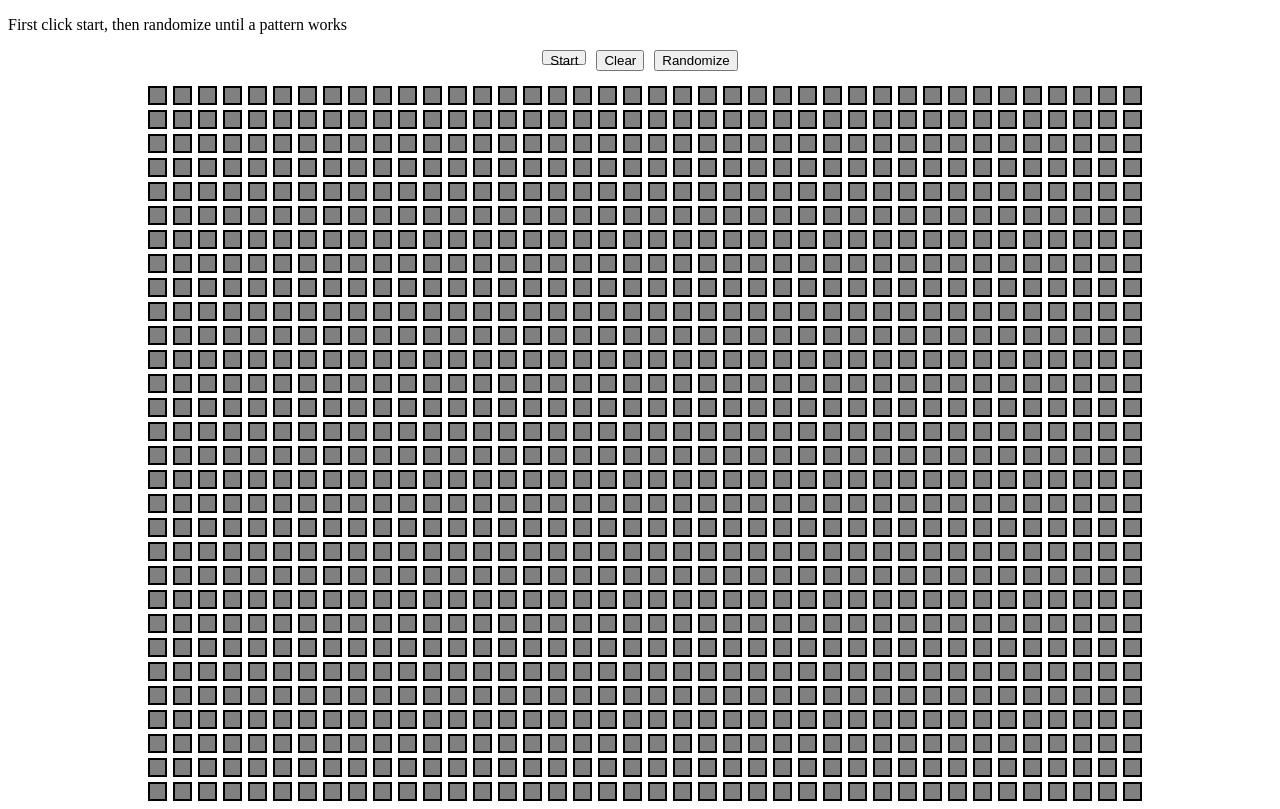
Repository: avanbussum/cellular-automata
Page: /
These files come from the project's save history. The page is drawn as it stood at one moment and after the next save; the edit follows.
The browser window is 1280 px wide. The pictures show the whole page.
The project was rebuilt for these pictures with package versions that can differ from the ones it lists, and the page was loaded fresh each time.

Above is the page before, as saved 2023-04-29 01:44:03.

### src/App.js
import React, { useState, useCallback, useRef } from 'react'
import Produce from 'immer';

const numRows = 30;
const numCols = 40;

let rps = false;

// const cell = {alive: 0, type: 0, color: ''};
//const deadcell = {dead: 0, type: 0, color: ''};


const neighborCoordinates = [
  [0, 1],
  [0, -1],
  [1, 1],
  [1, -1],
  [-1, 0],
  [-1, 1],
  [-1, -1],
  [1, 0]
]

const resetGrid = () => {
  const rows = [];
  for (let i = 0; i < numRows; i++) {
    rows.push(Array.from(Array(numCols), () => { const cell = { alive: 0, type: '', color: 'purple' }; return (cell) }
    ))
  }
  console.log(rows.join(rows.type))
  return rows;
}

export const App = () => {
  const [grid, setGrid] = useState(() => {
    return resetGrid()
  });

  const [running, setRunning] = useState(false)

  const runningRef = useRef(running);
  runningRef.current = running

  const runSimulation = useCallback(() => {
    if (!runningRef.current) {
      return;
    }
    setGrid((grid) => {
      return Produce(grid, gridCopy => {
        for (let x = 0; x < numRows; x++) {
          for (let y = 0; y < numCols; y++) {
            let neighbors = 0;
            neighborCoordinates.forEach(([a, b]) => {
              const newX = x + a;
              const newY = y + b;

              if (newX >= 0 && newX < numRows && newY >= 0 && newY < numCols) {
                neighbors += grid[newX][newY].alive
              }
            })

            // "game of life - rules"

            // if (neighbors < 2 || neighbors > 3) {
            //   gridCopy[x][y].alive = 0;
            // } else if (grid[x][y].alive === 0 && neighbors === 3) {
            //   gridCopy[x][y].alive = 1;
            // }

            //"seeds"

            // if (grid[x][y].alive === 1 && neighbors === 2) {
            //   gridCopy[x][y].alive = 1;
            // } else if (grid[x][y].alive === 0 && neighbors === 2) {
            //   gridCopy[x][y].alive = 1;
            // } else {
            //   gridCopy[x][y].alive = 0;
            // }

            // "RPS"
            rps = true
            let r = 0;
            let p = 0;
            let s = 0;
            console.log(s)

            neighborCoordinates.forEach(([a, b]) => {
              const newX = x + a;
              const newY = y + b;

              if (newX >= 0 && newX < numRows && newY >= 0 && newY < numCols) {
                if (grid[newX][newY].type === 'scissors') s++;
                if (grid[newX][newY].type === 'rock') r++;
                if (grid[newX][newY].type === 'paper') p++;
              }
            })

            let cur = grid[x][y];
            if (cur.alive) {
              switch (cur.type) {
                case 'rock':
                  if (p>2) {
                    gridCopy[x][y].type = 'paper';
                    gridCopy[x][y].color = 'green';
                  }
                break;

                case 'paper':

                  if (s>2) {
                    gridCopy[x][y].type = 'scissors';
                    gridCopy[x][y].color = 'red';
                  }
                break;

                case 'scissors':
                  if (r>2) {
                    gridCopy[x][y].type = 'rock';
                    gridCopy[x][y].color = 'blue';
                  }
                break;
              }
            }



          }
        }
      });
    });


    setTimeout(runSimulation, 0.1);
  }, []);




  return (
    <>
    <p>First click start, then randomize until a pattern works</p>
    <div style={{
          display: 'flex',
          justifyContent: 'center',
          marginTop: '15px',
          gap:'10px'
        }}>
          <button
          style={{
          height: '15px',
        }}
        onClick={() => {
          setRunning(!running);
          if (!running) {
            runningRef.current = true;
            runSimulation();
          }
        }}
      >
        {running ? 'Stop' : 'Start'}
      </button>
      <button onClick={() => setGrid(resetGrid())}>Clear</button>
      <button
        onClick={() => {
          const rows = [];

          for (let i = 0; i < numRows; i++) {
            rows.push(
              Array.from(Array(numCols), () => {
                const cell = { alive: 0, type: '', color: 'purple' };
                let prob = 0.4;
                if (rps === true) prob = 1
                if (Math.random() < prob) {
                  cell.alive = 1;
                }
                else {
                  cell.alive = 0;
                }

                if (rps === true) {
                  if (Math.random() < 1 / 3) {
                    cell.type = 'rock';
                    cell.color = 'blue'
                  }
                  else if (Math.random() > 2 / 3) {
                    cell.type = 'paper';
                    cell.color = 'green'

                  }
                  else {
                    cell.type = 'scissors';
                    cell.color = 'red'
                  }
                }

                return cell;
              })
            );
          }
          console.log(rows)
          setGrid(rows);
        }}
      >
        Randomize
      </button>
      </div>

      <div
        style={{
          display: 'grid',
          gridTemplateColumns: `repeat(${numCols}, 10px)`,
          rowGap: '5px',
          columnGap: '15px',
          justifyContent: 'center',
          marginTop: '15px',
        }}
      >
        {grid.map((rows, x) =>
          rows.map((col, y) => (
            <div
              onClick={() => {
                const newGrid = Produce(grid, (gridCopy) => {
                  gridCopy[x][y].alive = grid[x][y].alive ? 0 : 1;
                });
                setGrid(newGrid);
              }}
              key={`${x}-${y}`}
              style={{
                width: 15,
                height: 15,
                backgroundColor: grid[x][y].alive ? grid[x][y].color : 'gray',
                border: 'solid 2px black',
              }}
            />
          ))
        )}
      </div>
    </>
  );
}

export default App;

Loaded but not shown: public/index.html (common file); src/index.js (common file); src/reportWebVitals.js (common file)

After the next save:
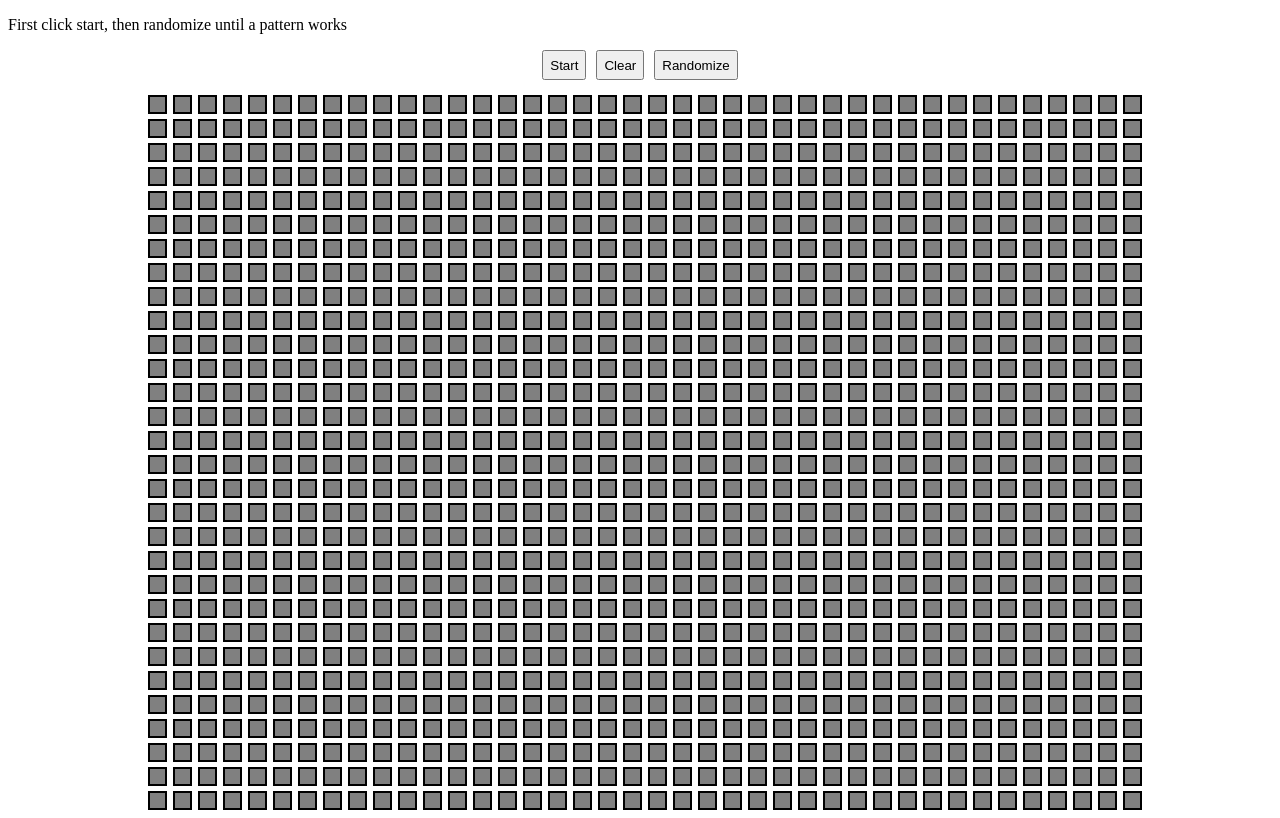
Saved 8 s later.
--- a/src/App.js
+++ b/src/App.js
@@ -147,7 +147,7 @@ export const App = () => {
         }}>
           <button
           style={{
-          height: '15px',
+          height: '30px',
         }}
         onClick={() => {
           setRunning(!running);
